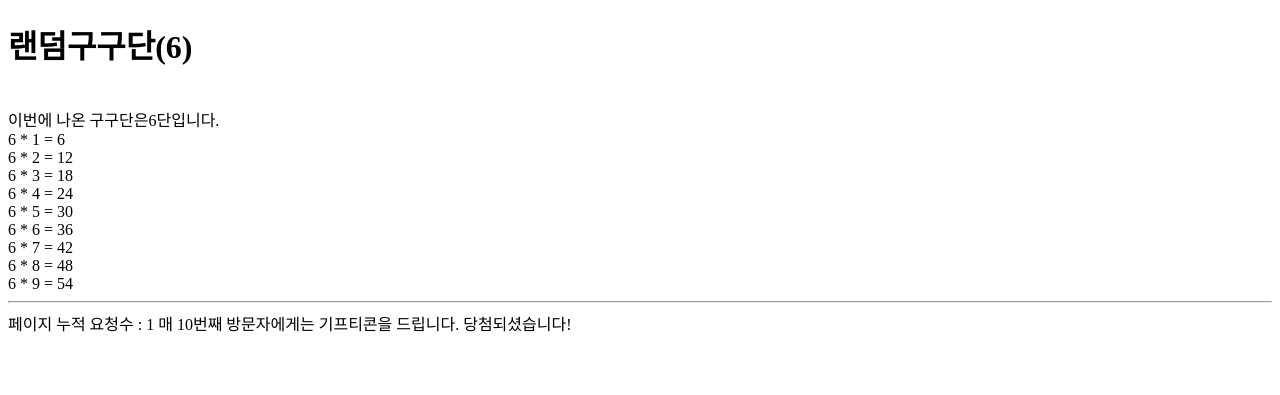
Repository: eun-chongzzz/jsp_practice
Page: http://localhost/JSPBasic/jspTag/TagQ02.jsp
An editor plug-in stored every save of this project. The page is shown before and after the next save, followed by the edit.
The browser window is 1280 px wide. The pictures show the whole page.
The page is served by Tomcat 9.

Above is the page before, as saved 2022-01-28 06:58:40.

After the next save:
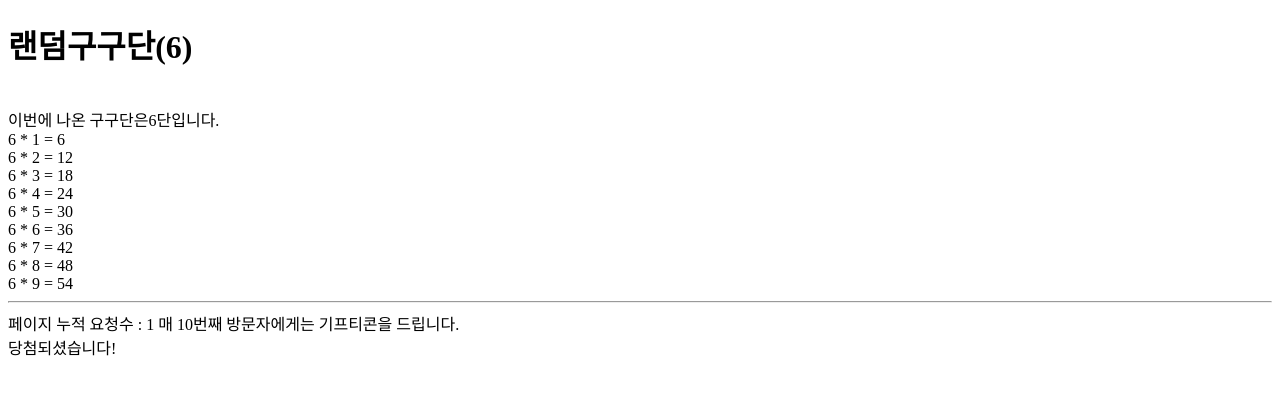
Saved 34 s later.
--- a/JSPBasic/src/main/webapp/jspTag/TagQ02.jsp
+++ b/JSPBasic/src/main/webapp/jspTag/TagQ02.jsp
@@ -21,7 +21,7 @@
 	}
 	out.println("<hr>");
 	out.println("페이지 누적 요청수 : " + (+total+1));
-	out.println("매 10번째 방문자에게는 기프티콘을 드립니다.");
+	out.println("매 10번째 방문자에게는 기프티콘을 드립니다." + "<br>");
 	if(total % 10 == 0){
 		out.println("당첨되셨습니다!");
 	} else {
